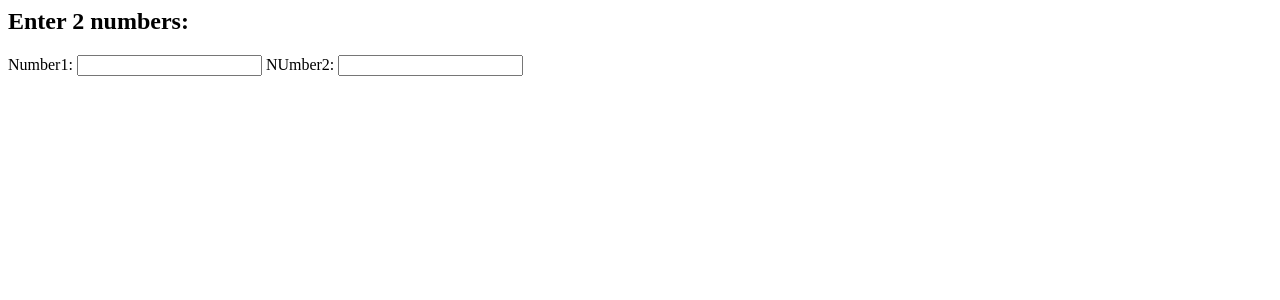
Repository: Pranathi99/ServletDemos
Page: servletBasics1/src/main/webapp/numbers.html
The author's editor kept a copy of each file at every save. The page is drawn from the files as they stood at one save, then again after the next save.
The browser window is 1280 px wide. The pictures show the whole page.

Above is the page before, as saved 2023-03-09 06:50:54.

### servletBasics1/src/main/webapp/numbers.html
<html>
	<body>
		<h2>Enter 2 numbers:</h2>
		<form action="additionServletDemo">
			Number1: <input type="text" name="number1"/>
			NUmber2: <input type="text" name="number2"/>
		</form>
	</body>
</html>

After the next save:
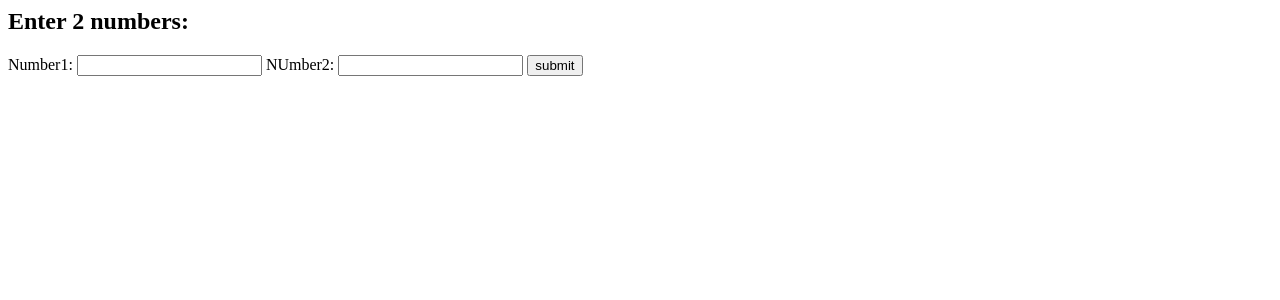
Saved 2 min 2 s later.
--- a/servletBasics1/src/main/webapp/numbers.html
+++ b/servletBasics1/src/main/webapp/numbers.html
@@ -4,6 +4,7 @@
 		<form action="additionServletDemo">
 			Number1: <input type="text" name="number1"/>
 			NUmber2: <input type="text" name="number2"/>
+			<input type="submit" value="submit" />
 		</form>
 	</body>
 </html>
